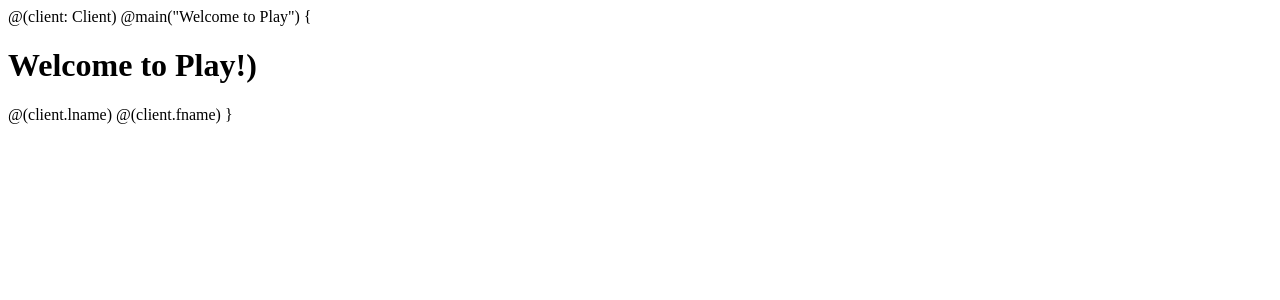
Repository: fkargar/VCASoft
Page: iautoshop/app/views/index.scala.html
An editor plug-in stored every save of this project. The page is shown before and after the next save, followed by the edit.
The browser window is 1280 px wide. The pictures show the whole page.

Above is the page before, as saved 2017-12-15 02:53:56.

### iautoshop/app/views/index.scala.html
@(client: Client)

@main("Welcome to Play") {
  <h1>Welcome to Play!)</h1>
  @(client.lname)
  @(client.fname)
}

After the next save:
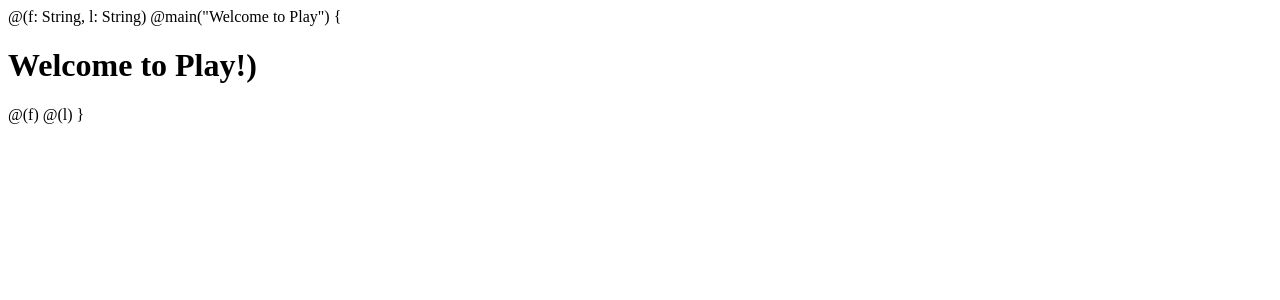
Saved 12 min 10 s later.
--- a/iautoshop/app/views/index.scala.html
+++ b/iautoshop/app/views/index.scala.html
@@ -1,7 +1,7 @@
-@(client: Client)
+@(f: String, l: String)
 
 @main("Welcome to Play") {
   <h1>Welcome to Play!)</h1>
-  @(client.lname)
-  @(client.fname)
+  @(f)
+  @(l)
 }
